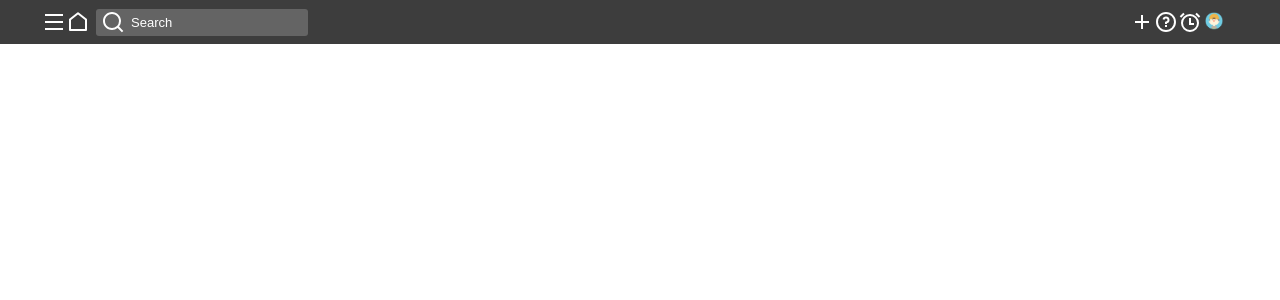
Repository: huuthe1999/to-do-list
Page: /
An editor plug-in stored every save of this project. The page is shown before and after the next save, followed by the edit.
The browser window is 1280 px wide. The pictures show the whole page.
The project was rebuilt for these pictures with package versions that can differ from the ones it lists, and the page was loaded fresh each time.

Above is the page before, as saved 2022-02-13 15:35:21.

### public/index.html
<!DOCTYPE html>
<html lang="en">
	<head>
		<meta charset="utf-8" />
		<link rel="icon" href="%PUBLIC_URL%/favicon.ico" />
		<meta name="viewport" content="width=device-width, initial-scale=1" />
		<meta name="theme-color" content="#000000" />
		<meta
			name="description"
			content="Web site created using create-react-app"
		/>
		<link rel="apple-touch-icon" href="%PUBLIC_URL%/logo192.png" />
		<!--
      manifest.json provides metadata used when your web app is installed on a
      user's mobile device or desktop. See https://developers.google.com/web/fundamentals/web-app-manifest/
    -->
		<link rel="manifest" href="%PUBLIC_URL%/manifest.json" />
		<!--
      Notice the use of %PUBLIC_URL% in the tags above.
      It will be replaced with the URL of the `public` folder during the build.
      Only files inside the `public` folder can be referenced from the HTML.

      Unlike "/favicon.ico" or "favicon.ico", "%PUBLIC_URL%/favicon.ico" will
      work correctly both with client-side routing and a non-root public URL.
      Learn how to configure a non-root public URL by running `npm run build`.
    -->
		<title>React Redux App</title>
	</head>
	<body>
		<noscript>You need to enable JavaScript to run this app.</noscript>
		<div id="root"></div>
		<!--
      This HTML file is a template.
      If you open it directly in the browser, you will see an empty page.

      You can add webfonts, meta tags, or analytics to this file.
      The build step will place the bundled scripts into the <body> tag.

      To begin the development, run `npm start` or `yarn start`.
      To create a production bundle, use `npm run build` or `yarn build`.
    --></body>
</html>

### src/index.js
import React from 'react';
import ReactDOM from 'react-dom';
import { Provider } from 'react-redux';
import App from './App';
import { store } from './app/store';

ReactDOM.render(
	<React.StrictMode>
		<Provider store={store}>
			<App />
		</Provider>
	</React.StrictMode>,
	document.getElementById('root'),
);

### src/App.js
import React from 'react';
// import { Counter } from './features/counter/Counter';
import './App.scss';
import TopBar from './components/topBar/TopBar';
function App() {
	return (
		<div className='app'>
			<TopBar />
		</div>
	);
}

export default App;

### src/App.scss
@import url(https://fonts.googleapis.com/css?family=Roboto:100,100italic,300,300italic,regular,italic,500,500italic,700,700italic,900,900italic);
*,
*::before,
*::after {
	margin: 0;
	padding: 0;
	box-sizing: border-box;
}

body {
	font-family: 'Roboto', sans-serif;
	min-height: 100vh;
	overflow: auto;
}
:root {
	--icon-color: #fff;
	--icon-size: 40px;

	--bg-input: hsla(0, 0%, 100%, 0.2);

	// Header
	--hd-text-color: #ffffff;
	--hd-icon-color-hover: #202020;
}

button {
	width: 100%;
	border: none;
	outline: none;
	background-color: transparent;
	cursor: pointer;
}

### src/components/topBar/TopBar.js
import {
	RiHomeLine,
	RiMenuLine,
	RiSearchLine,
	RiAddLine,
	RiQuestionLine,
	RiAlarmLine,
} from 'react-icons/ri';
import Avatar from '../../assets/images/avatar.png';
import './topbar.scss';
const TopBar = () => {
	return (
		<div className='topbar'>
			<div className='topbar__inner'>
				<div className='topbar__inner-leftControl'>
					<button className='topbar__button leftControl'>
						<RiMenuLine className='topbar__button-icon' />
					</button>
					<button className='topbar__button leftControl'>
						<RiHomeLine className='topbar__button-icon' />
					</button>
					<div className='topbar__inner-leftControl-search'>
						<RiSearchLine className='topbar__button-icon topbar__button-icon-search' />
						<input type='text' placeholder='Search' />
					</div>
				</div>
				<div className='topbar__inner-rightControl'>
					<button className='topbar__button rightControl'>
						<RiAddLine className='topbar__button-icon' />
					</button>
					<button className='topbar__button rightControl'>
						<RiQuestionLine className='topbar__button-icon' />
					</button>
					<button className='topbar__button rightControl'>
						<RiAlarmLine className='topbar__button-icon' />
					</button>
					<button>
						<img src={Avatar} alt='avatar' />
					</button>
				</div>
			</div>
		</div>
	);
};

export default TopBar;

### src/features/counter/counterSlice.js
import { createAsyncThunk, createSlice } from '@reduxjs/toolkit';
import { fetchCount } from './counterAPI';

const initialState = {
  value: 0,
  status: 'idle',
};

// The function below is called a thunk and allows us to perform async logic. It
// can be dispatched like a regular action: `dispatch(incrementAsync(10))`. This
// will call the thunk with the `dispatch` function as the first argument. Async
// code can then be executed and other actions can be dispatched. Thunks are
// typically used to make async requests.
export const incrementAsync = createAsyncThunk(
  'counter/fetchCount',
  async (amount) => {
    const response = await fetchCount(amount);
    // The value we return becomes the `fulfilled` action payload
    return response.data;
  }
);

export const counterSlice = createSlice({
  name: 'counter',
  initialState,
  // The `reducers` field lets us define reducers and generate associated actions
  reducers: {
    increment: (state) => {
      // Redux Toolkit allows us to write "mutating" logic in reducers. It
      // doesn't actually mutate the state because it uses the Immer library,
      // which detects changes to a "draft state" and produces a brand new
      // immutable state based off those changes
      state.value += 1;
    },
    decrement: (state) => {
      state.value -= 1;
    },
    // Use the PayloadAction type to declare the contents of `action.payload`
    incrementByAmount: (state, action) => {
      state.value += action.payload;
    },
  },
  // The `extraReducers` field lets the slice handle actions defined elsewhere,
  // including actions generated by createAsyncThunk or in other slices.
  extraReducers: (builder) => {
    builder
      .addCase(incrementAsync.pending, (state) => {
        state.status = 'loading';
      })
      .addCase(incrementAsync.fulfilled, (state, action) => {
        state.status = 'idle';
        state.value += action.payload;
      });
  },
});

export const { increment, decrement, incrementByAmount } = counterSlice.actions;

// The function below is called a selector and allows us to select a value from
// the state. Selectors can also be defined inline where they're used instead of
// in the slice file. For example: `useSelector((state: RootState) => state.counter.value)`
export const selectCount = (state) => state.counter.value;

// We can also write thunks by hand, which may contain both sync and async logic.
// Here's an example of conditionally dispatching actions based on current state.
export const incrementIfOdd = (amount) => (dispatch, getState) => {
  const currentValue = selectCount(getState());
  if (currentValue % 2 === 1) {
    dispatch(incrementByAmount(amount));
  }
};

export default counterSlice.reducer;

### src/components/topBar/topbar.scss
.topbar {
	display: flex;
	justify-content: center;
	align-items: center;
	background-color: #3d3d3d;
	flex-shrink: 0;
	padding: 0px 42px;
	font-size: 13px;
	color: #202020;
	height: 44px;

	&__inner {
		display: flex;
		justify-content: space-between;
		background-color: transparent;
		width: 100%;
		height: 100%;

		&-leftControl {
			display: flex;
			align-items: center;
			justify-content: flex-start;

			&-search {
				display: flex;
				align-items: center;
				position: relative;
				margin-left: 6px;

				&:hover {
					input {
						background-color: var(--hd-text-color);
						&::placeholder {
							color: var(--hd-icon-color-hover);
						}
					}
					* {
						color: var(--hd-icon-color-hover);
					}
				}

				input {
					font-size: 13px;
					color: var(--hd-text-color);
					background-color: var(--bg-input);
					outline: 0;
					border-radius: 3px;
					border: 1px solid transparent;
					padding: 5px 0 5px 34px;
					transition: all 0.15s cubic-bezier(0.4, 0, 0.2, 0.1);
					transition-property: background-color;

					&::placeholder {
						color: var(--hd-text-color);
					}
				}
			}
		}

		&-rightControl {
			display: flex;
			align-items: center;
			height: 44px;
			padding: 0px 12px;

			img {
				width: 24px;
				height: 24px;
			}
		}
	}

	&__button {
		display: flex;
		justify-content: center;
		align-items: center;
		border-radius: 3px;

		&:hover {
			background-color: var(--bg-input);
		}

		& .leftControl {
			margin-right: 4px;
			height: 28px;
			min-width: 28px;
		}

		& .rightControl {
			margin-right: 4px;

			height: 28px;
			min-width: 28px;
		}
		&-icon {
			font-size: 24px;
			color: var(--icon-color);

			&-search {
				position: absolute;
				left: 5px;
				top: 50%;
				transform: translateY(-50%);
				color: var(--icon-color);
			}
		}
	}
}

Loaded but not shown: src/app/store.js (common file); src/features/counter/counterAPI.js (common file)

After the next save:
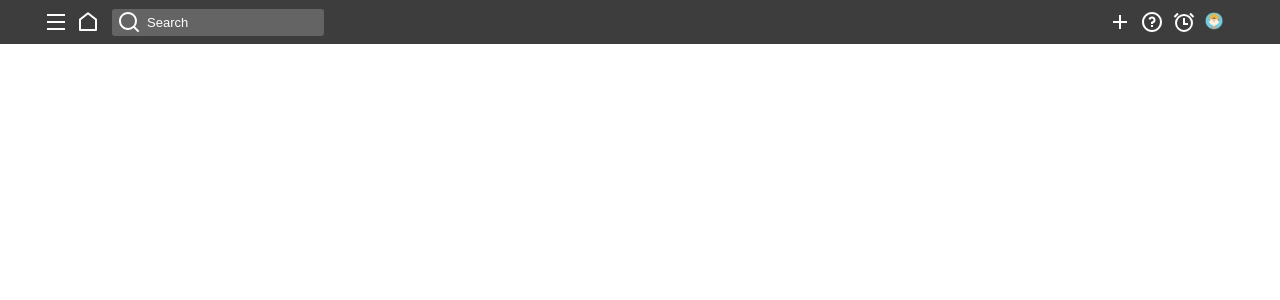
Saved 11 s later.
--- a/src/components/topBar/topbar.scss
+++ b/src/components/topBar/topbar.scss
@@ -80,13 +80,13 @@
 			background-color: var(--bg-input);
 		}
 
-		& .leftControl {
+		&.leftControl {
 			margin-right: 4px;
 			height: 28px;
 			min-width: 28px;
 		}
 
-		& .rightControl {
+		&.rightControl {
 			margin-right: 4px;
 
 			height: 28px;
